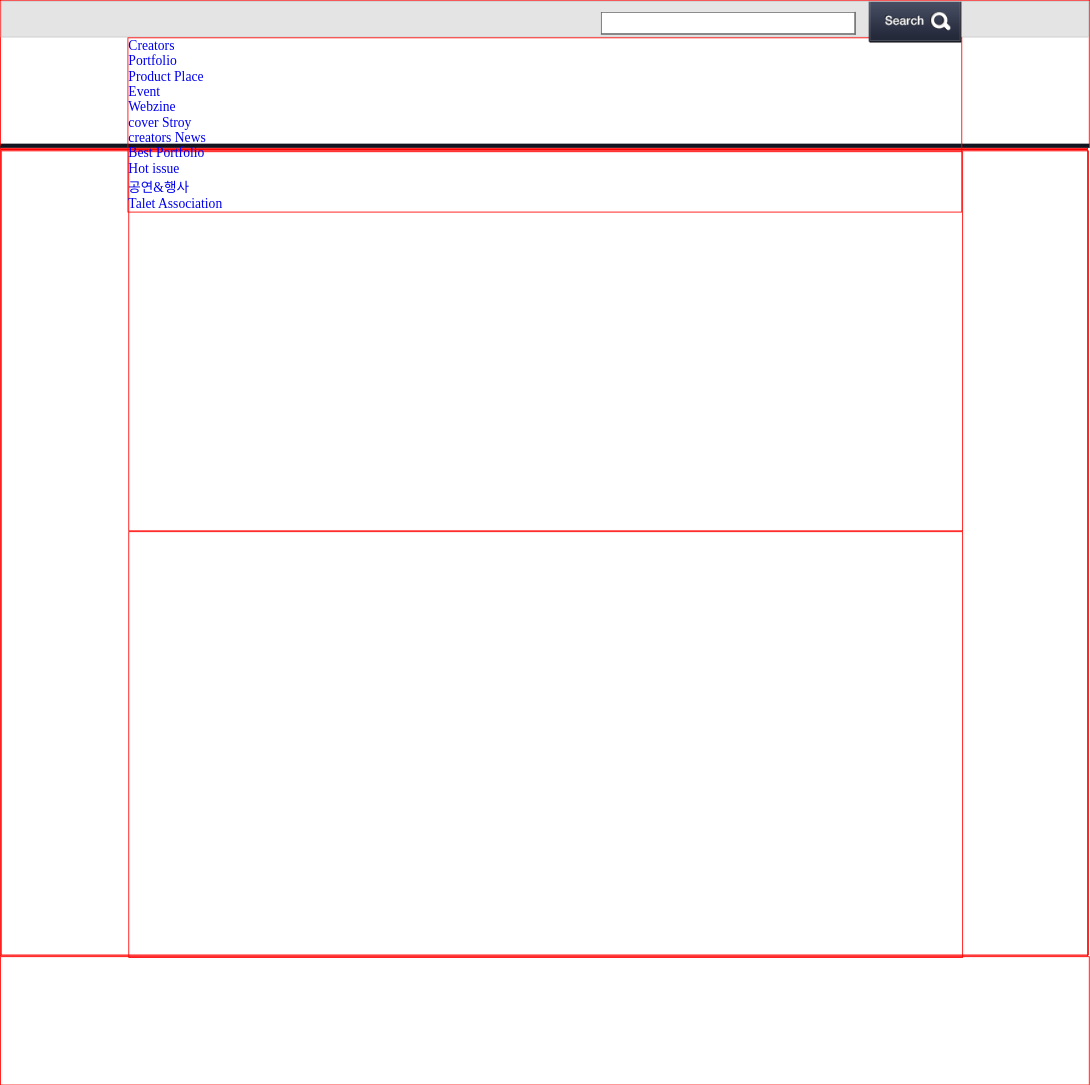
Repository: jungsoon-kim/home_study
Page: study/webzine.html
These files come from the project's save history. The page is drawn as it stood at one moment and after the next save; the edit follows.
The browser window is 1280 px wide. The page is 1282 px wide, so the pictures cover 1282 px, including what lies to the right of the window. The pictures show the whole page, at 85% of full size.

Above is the page before, as saved 2015-09-14 14:55:27.

### study/webzine.html
<!doctype html>
<html lang="en">
<head>
	<meta charset="UTF-8" />
	<title>Document</title>
	<link rel="stylesheet" href="common.css" />
</head>
<body>
	<div id="wrap">
		<div id="header" class="bd">
				<div class="header-top">
					<div class="wrap">
						<fieldset>
							<legend class="ir">검색하기</legend>
							<label for="search"> </label>
							<input type="text" id="search" />
							<input type="submit" value="검색하기" />
						</fieldset>
					</div><!--common wrap[ex]-->

				</div><!--header-top[ex]-->
			<div class="wrap bd">
				<h1><a href="#"><img src="images/cubebridge_logo.PNG" alt="cube bridge" /></a></h1>

				<ul class="gnb">
					<li><a href="#">Creators</a></li>
					<li><a href="#">Portfolio</a></li>
					<li><a href="#">Product Place</a></li>
					<li><a href="#">Event</a></li>
					<li><a href="#">Webzine</a>
						<ul class="gnb_hidden">
							<li><a href="#">cover Stroy</a></li>
							<li><a href="#">creators News</a>
								<ul>
									<li><a href="#">Best Portfolio</a></li>
									<li><a href="#">Hot issue</a></li>
								</ul>

							</li>
							<li><a href="#">공연&amp;행사</a></li>
							<li><a href="#">Talet Association</a></li>
						</ul>


					</li>
				</ul>


			</div><!--common wrap[ex]-->

		</div><!--header[ex]-->

		<div id="container" class="bd">

			<div id="visual" class="bd">


			</div><!--visual[ex]-->

			<div id="content" class="bd">
				<div class="wrap">
					<div class="article-top bd">

					</div><!--article-top[ex]-->

					<div class="article-down bd">

					</div><!--article-down[ex]-->

				</div><!--common wrap[ex]-->

			</div>

		</div><!--container[ex]-->

		<div id="footer" class="bd">
			<div class="wrap">


			</div><!--common wrap[ex]-->


		</div><!--footer[ex]-->


	</div><!--wrap[ex]-->


</body>
</html>

### study/common.css
*{margin: 0; padding: 0;}
ul,li {list-style-type: none;}
a {text-decoration: none;}
fieldset {border: 0 none;}
.clearfix:after {display:block; visibility:hidden; clear:both; height:0; content:'';}
.clearfix {*zoom:1;}
fieldset {border:0 none;}

.ir {width: 0; height: 0; font-size: 0; position:absolute; left:-999999px; top:-999999px; overflow:hidden;}
.bd {border:1px solid red;}
.bu {border: 1px solid blue;}
.by {border: 1px solid yellow;}
.bp { border:1px solid purple;}
.bb {border: 1px solid black;}
.bl {border:1px solid green;}

/*레이아웃*/
#wrap {width: 100%; height:auto; }
.wrap {width: 980px; margin: 0 auto;}
#header {width:100%; height:168px; border-bottom:5px #12151f solid;}
.header-top{height: 41px; background:#e4e4e4; border: 1px solid #cdcdcd;}
.header-top .wrap fieldset {float:right;}
.header-top .wrap fieldset input[type="text"] {width: 277px; height: 24px; padding:0 10px ;
 border-left: 1px solid #666; border-top: 1px solid #666; margin-right:11px; vertical-align:middle;}
.header-top .wrap fieldset input[type="submit"] {width: 109px; height: 48px; /*vertical-align:top;*/ border:0 none; background:url(images/search_box.PNG)no-repeat ; text-indent:-9999px;}
.wrap h1 {display:inline-block; float:left; text-indent:-9999px;}
.wrap






#contaier {width: 100%; height:1280px;}
.visual {width: 100%; height: 335px;}
#content {width: 100%; height: 945px;}
.article-top {width: 980px; height:445px;}
.article-down {width: 980px; height:500px;}
#footer {width: 100%; height:150px}

After the next save:
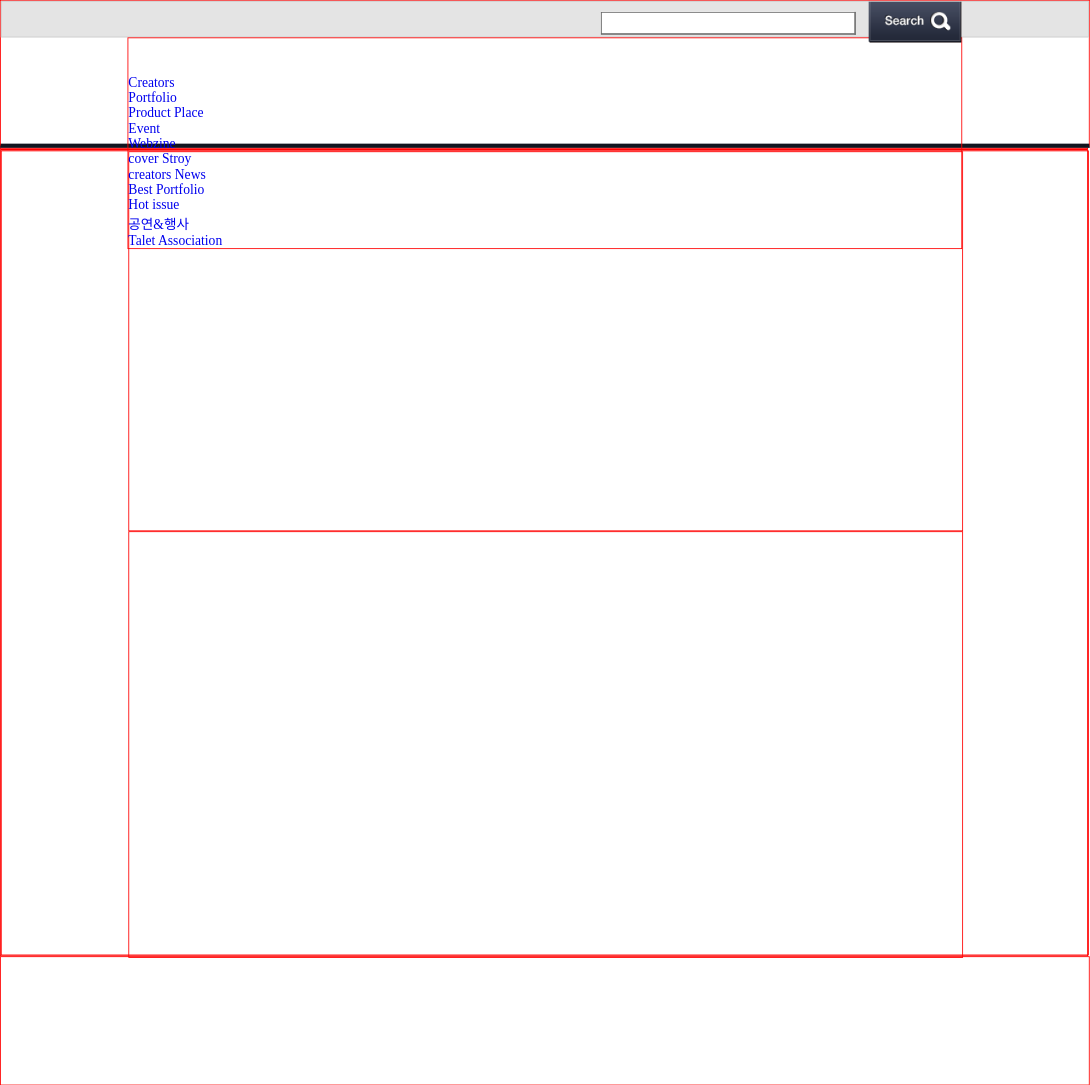
Saved 54 s later.
--- a/study/common.css
+++ b/study/common.css
@@ -23,7 +23,7 @@ fieldset {border:0 none;}
 .header-top .wrap fieldset input[type="text"] {width: 277px; height: 24px; padding:0 10px ;
  border-left: 1px solid #666; border-top: 1px solid #666; margin-right:11px; vertical-align:middle;}
 .header-top .wrap fieldset input[type="submit"] {width: 109px; height: 48px; /*vertical-align:top;*/ border:0 none; background:url(images/search_box.PNG)no-repeat ; text-indent:-9999px;}
-.wrap h1 {display:inline-block; float:left; text-indent:-9999px;}
+.wrap h1 {display:inline-block;  text-indent:-9999px;}
 .wrap
 
 
